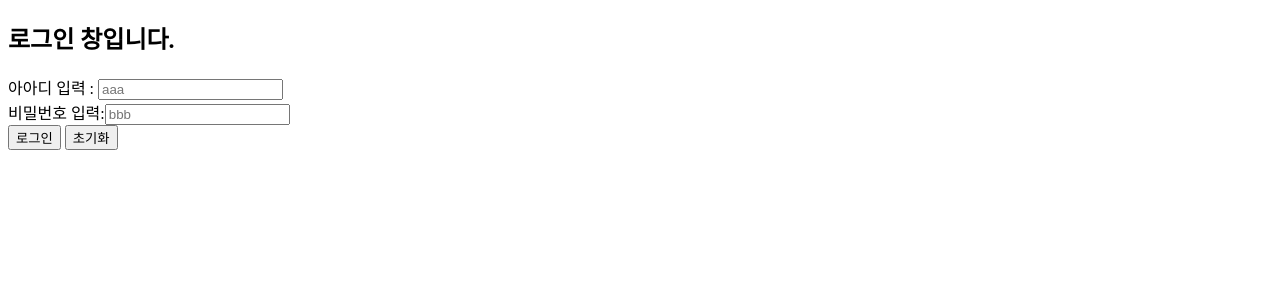
Repository: Kimhwawon/jsp_practice
Page: http://localhost/JSPBasic/JsObject/1.requests/req_login_form.jsp
The author's editor kept a copy of each file at every save. The page is drawn from the files as they stood at one save, then again after the next save.
The browser window is 1280 px wide. The pictures show the whole page.
The page is served by Tomcat 9.

Above is the page before, as saved 2022-02-04 01:28:55.

After the next save:
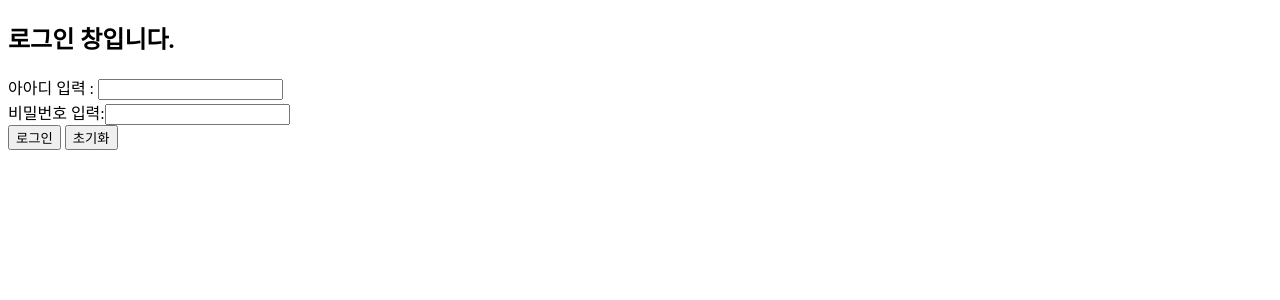
Saved 27 s later.
--- a/JSPBasic/src/main/webapp/JsObject/1.requests/req_login_form.jsp
+++ b/JSPBasic/src/main/webapp/JsObject/1.requests/req_login_form.jsp
@@ -7,10 +7,10 @@
 <title>Insert title here</title>
 </head>
 <body>
-	<form action = "req_login_result.jsp" method="get">
+	<form action = "req_login_result.jsp" method="post">
 	<h2>로그인 창입니다. </h2>
-	아아디 입력 : <input type = "text" name = "aaa" placeholder="aaa"/> <br/>
-	비밀번호 입력:<input type = "password" name = "bbb" placeholder="bbb"/> <br/>
+	아아디 입력 : <input type = "text" name = "aaa" /> <br/>
+	비밀번호 입력:<input type = "password" name = "bbb" /> <br/>
 
 	<input type = "submit" value="로그인"/>
 	<input type = "reset" value = "초기화"/>
